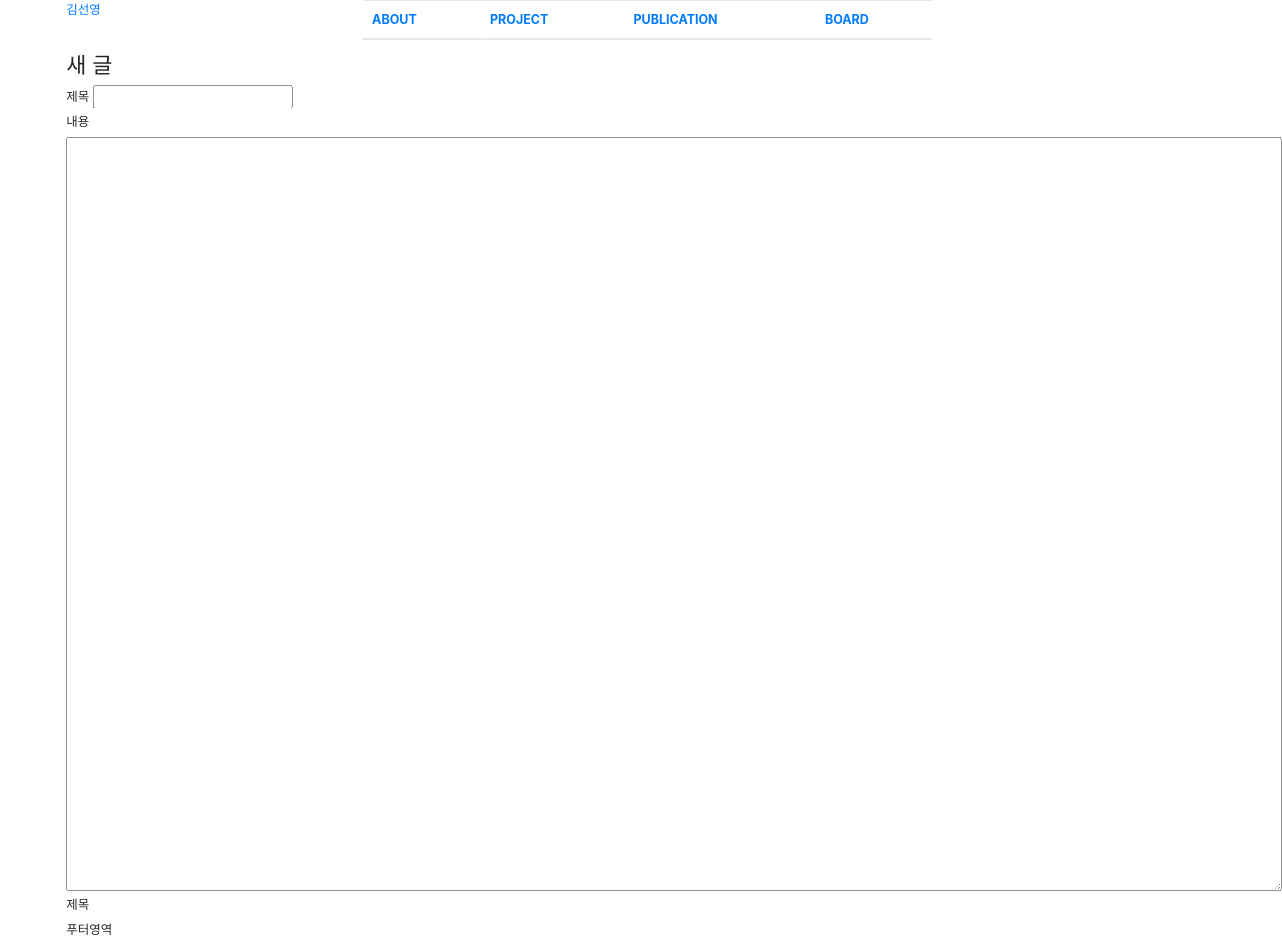
Repository: supremest35/web-projects
Page: http://localhost/noticeboard/board/form.jsp
The author's editor kept a copy of each file at every save. The page is drawn from the files as they stood at one save, then again after the next save.
The browser window is 1280 px wide. The page is 1643 px wide, so the pictures cover 1643 px, including what lies to the right of the window. The pictures show the whole page, at 78% of full size.
The page is served by Tomcat 9.

Above is the page before, as saved 2020-12-06 04:20:00.

After the next save:
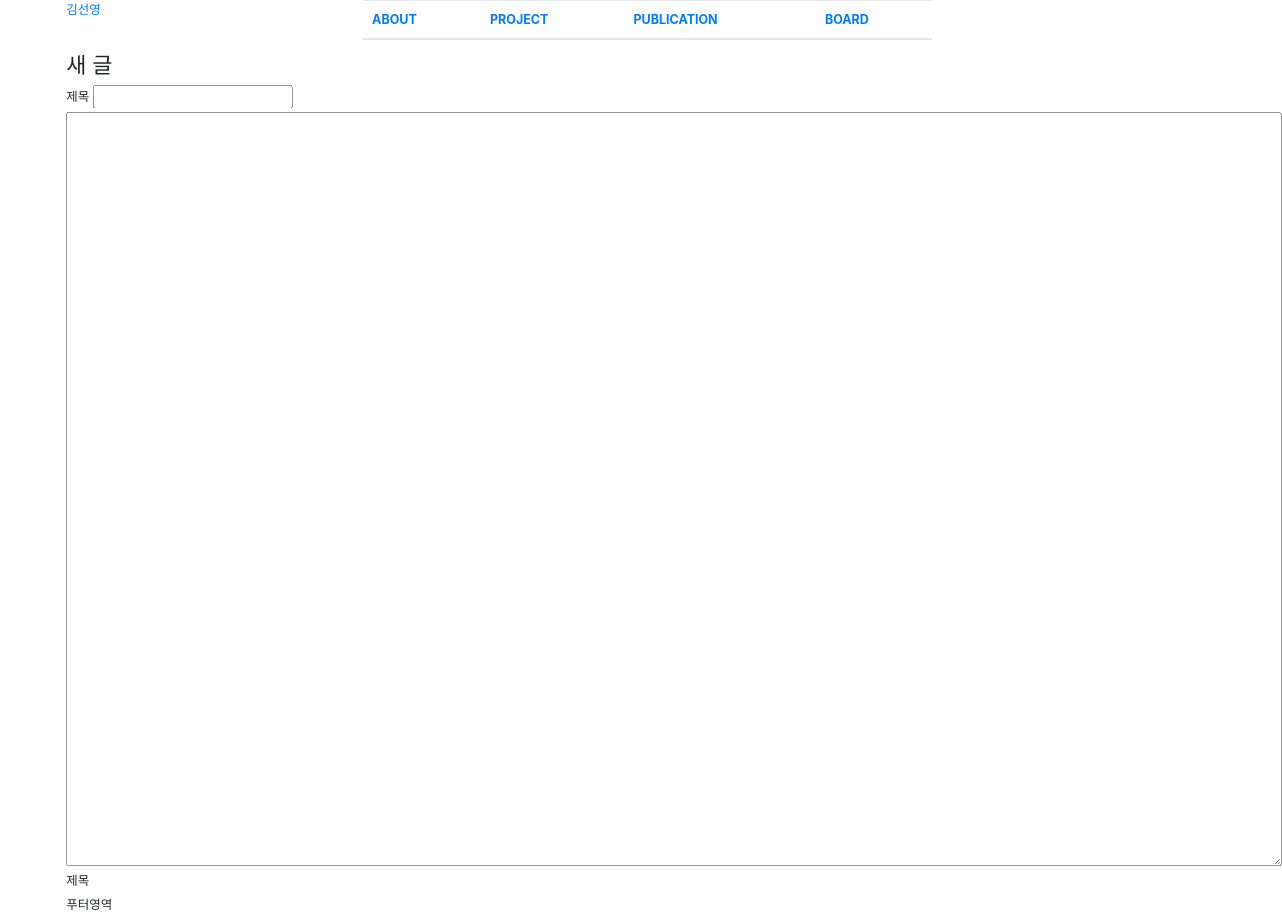
Saved 14 s later.
--- a/noticeboard/WebContent/board/form.jsp
+++ b/noticeboard/WebContent/board/form.jsp
@@ -38,7 +38,6 @@
 					<input type="text" name="title" />
 				</div>
 				<div>
-					<label>내용</label>
 					<textarea rows="40" cols="150"></textarea>
 				</div>
 				<div>
